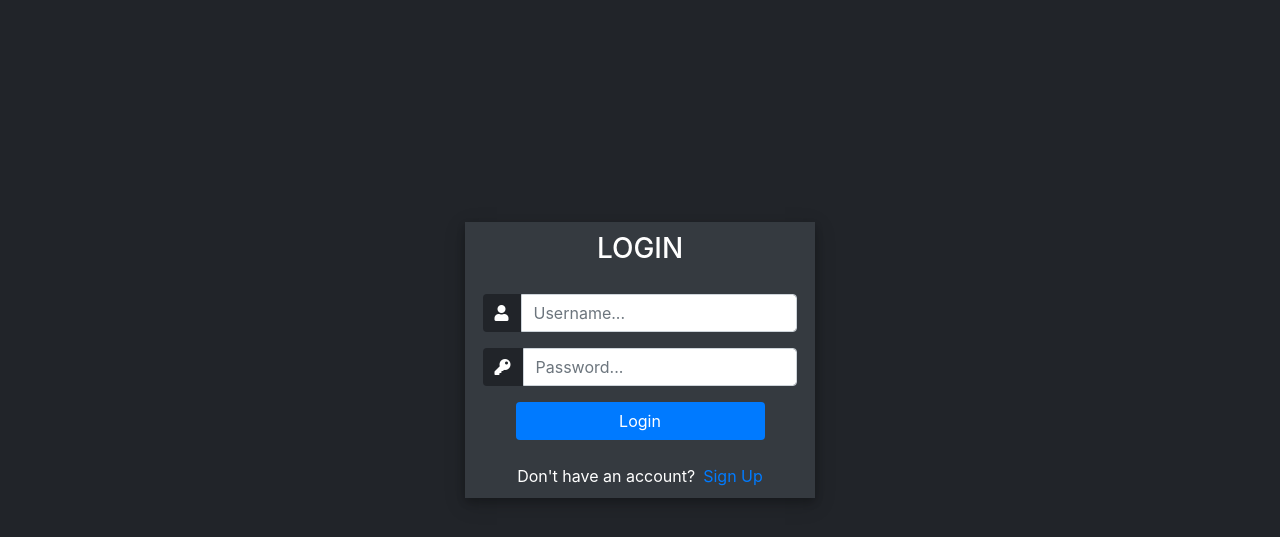
Repository: Abdaljawad-Aya/login-register-auth-validation-Django
Page: http://localhost/login/
These files come from the project's save history. The page is drawn as it stood at one moment and after the next save; the edit follows.
The browser window is 1280 px wide. The pictures show the whole page.
Some web libraries are served in a nearby version. The page is served by the project's application, run on Django 3.2 (project8/manage.py).

Above is the page before, as saved 2021-03-12 00:32:45.

After the next save:
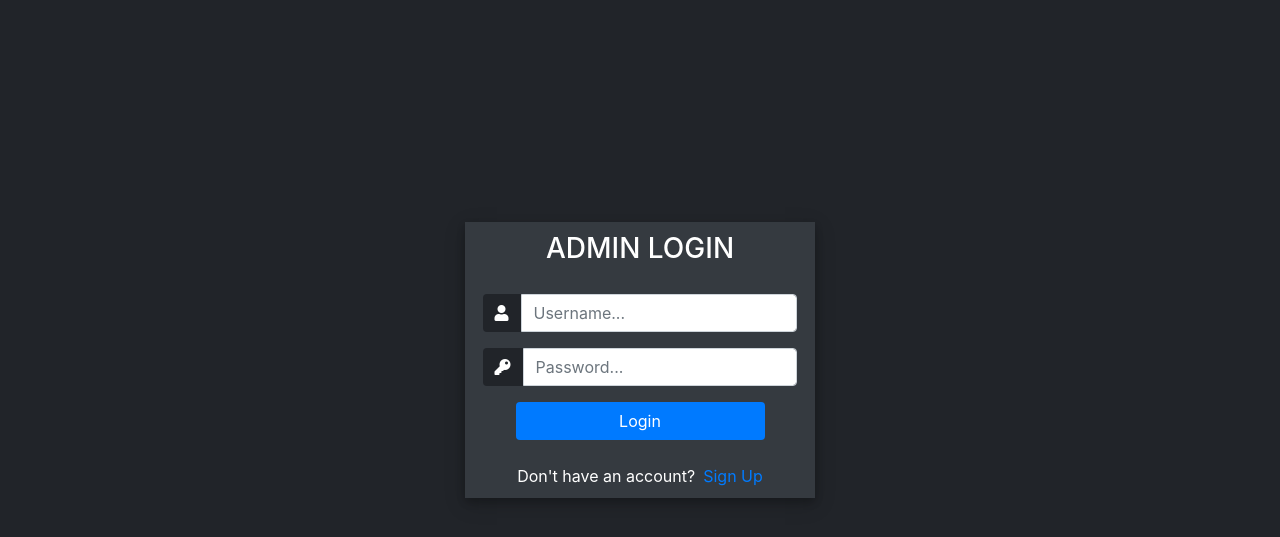
Saved 87 s later.
--- a/project8/project8/templates/login.html
+++ b/project8/project8/templates/login.html
@@ -85,7 +85,7 @@
 				<div class="d-flex justify-content-center">
 
 
-					<h3 id="form-title">LOGIN</h3>
+					<h3 id="form-title">ADMIN LOGIN</h3>
 				</div>
 				<div class="d-flex justify-content-center form_container">
 					<form method="POST" action="">
